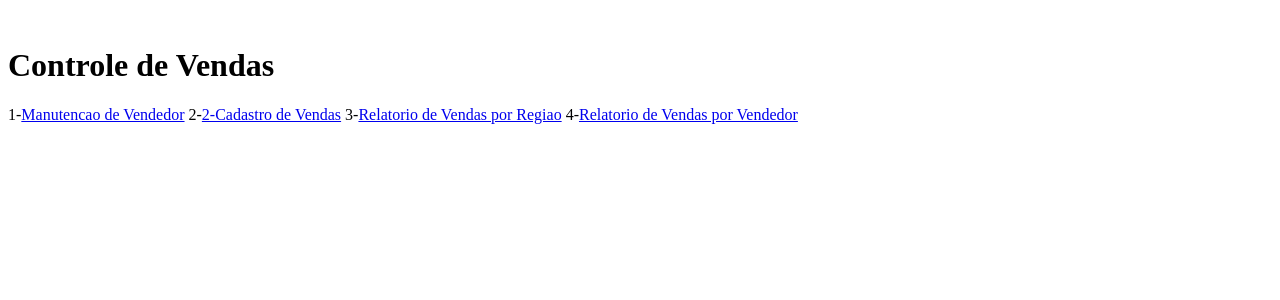
Repository: gabriellacrystina/workspaceWeb
Page: http://localhost/PrjVendas/Menu.jsp
An editor plug-in stored every save of this project. The page is shown before and after the next save, followed by the edit.
The browser window is 1280 px wide. The pictures show the whole page.
The page is served by Tomcat 9.

Above is the page before, as saved 2015-09-14 23:20:59.

After the next save:
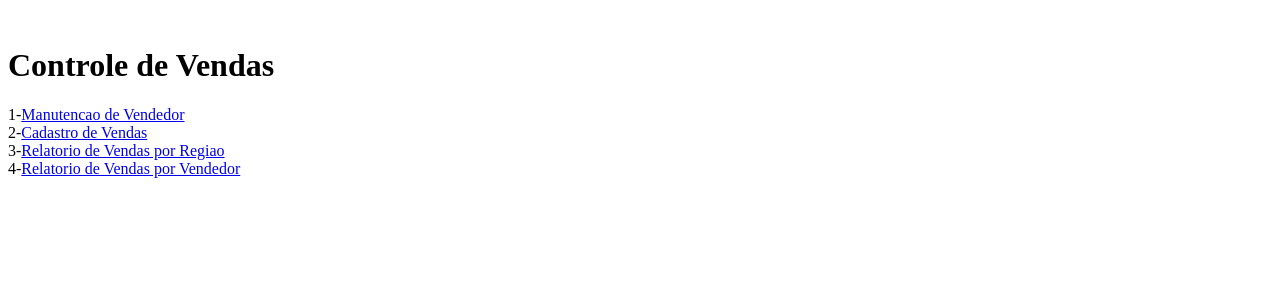
Saved 41 s later.
--- a/PrjVendas/WebContent/Menu.jsp
+++ b/PrjVendas/WebContent/Menu.jsp
@@ -10,9 +10,9 @@
 		<br>
 		<h1>Controle de Vendas</h1>
 
-			1-<a href="ManutencaoVendedor.jsp">Manutencao de Vendedor</a>
-			2-<a href="CadastroVendas.jsp">2-Cadastro de Vendas</a>
-			3-<a href="RelatorioVendasRegiao.jsp">Relatorio de Vendas por Regiao</a>
-			4-<a href="RelatorioVendasVendedor.jsp">Relatorio de Vendas por Vendedor</a>
+			1-<a href="ManutencaoVendedor.jsp">Manutencao de Vendedor</a><br>
+			2-<a href="CadastroVendas.jsp">Cadastro de Vendas</a><br>
+			3-<a href="RelatorioVendasRegiao.jsp">Relatorio de Vendas por Regiao</a><br>
+			4-<a href="RelatorioVendasVendedor.jsp">Relatorio de Vendas por Vendedor</a><br>
 	</body>
 </html>
